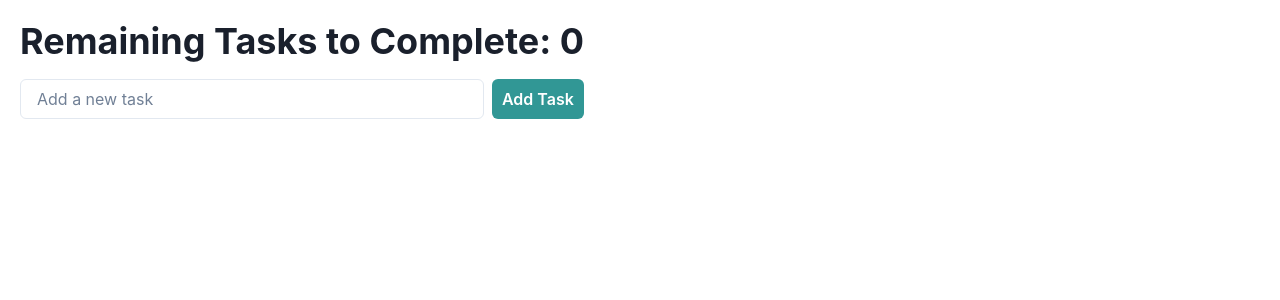
Repository: navnneett/COMP-3170-lab04
Page: /
The author's editor kept a copy of each file at every save. The page is drawn from the files as they stood at one save, then again after the next save.
The browser window is 1280 px wide. The pictures show the whole page.
The project was rebuilt for these pictures with package versions that can differ from the ones it lists, and the page was loaded fresh each time. Also part of the build but not shown: vite.config.js, src/components/Task.jsx.

Above is the page before, as saved 2024-10-20 20:14:20.

After the next save:
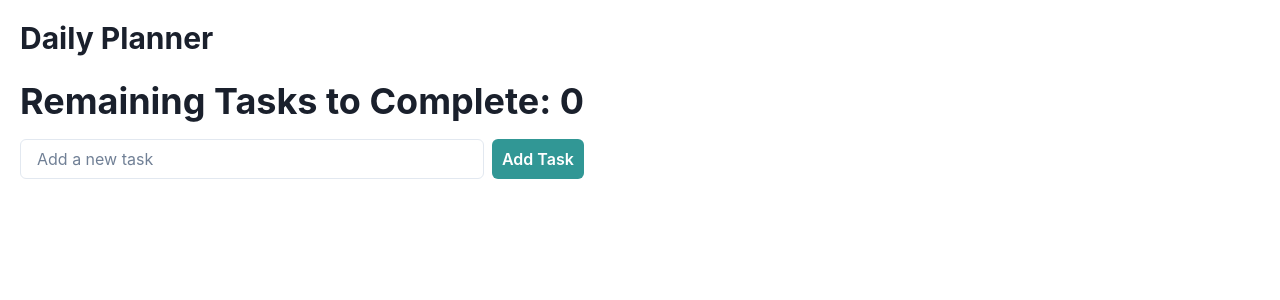
Saved 2 min 15 s later.
--- a/src/App.jsx
+++ b/src/App.jsx
@@ -29,6 +29,7 @@ function App() {
   return (
     <ChakraProvider>
       <Box p={5}>
+      <Heading mb={6} size="lg">Daily Planner</Heading>
         <Heading mb={4}>Remaining Tasks to Complete: {remainingTasks}</Heading>
         <TaskForm addTask={addTask} />
         <VStack spacing={3} mt={5}>
